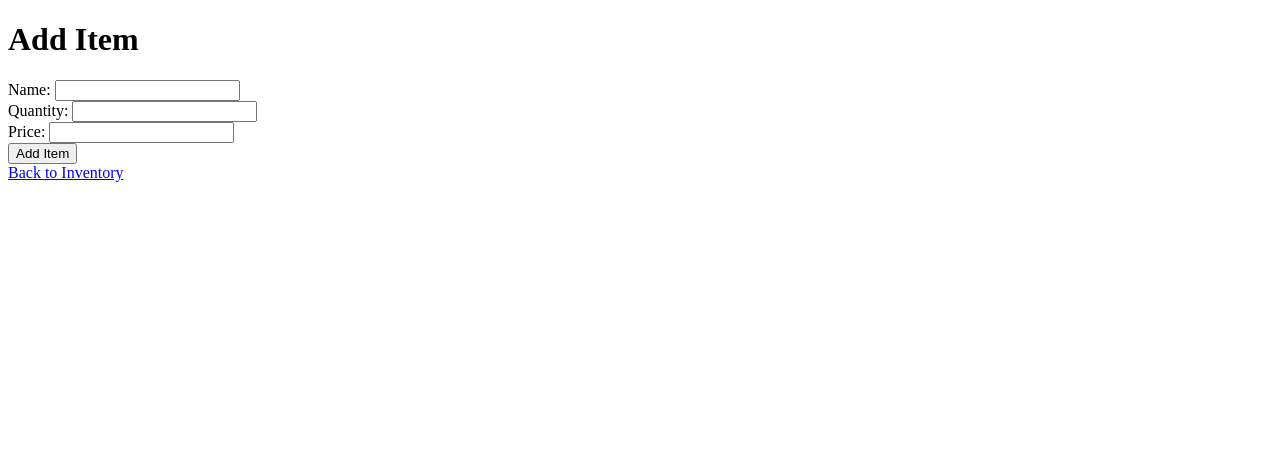
Repository: Stoldark/PLMUN
Page: http://localhost/add
The author's editor kept a copy of each file at every save. The page is drawn from the files as they stood at one save, then again after the next save.
The browser window is 1280 px wide. The pictures show the whole page.
The page is served by the project's application, run on Flask 3 (tempCodeRunnerFile.py). The user the application loads for id 1 is signed in. The page reads the database file committed with the project.

Above is the page before, as saved 2024-09-22 17:11:44.

### templates/add.html
<!DOCTYPE html>
<html lang="en">
<head>
    <meta charset="UTF-8">
    <meta name="viewport" content="width=device-width, initial-scale=1.0">
    <title>Add Item</title>
</head>
<body>
    <h1>Add Item</h1>
    <form method="post">
        <label for="name">Name:</label>
        <input type="text" name="name" required><br>

        <label for="quantity">Quantity:</label>
        <input type="number" name="quantity" required><br>

        <label for="price">Price:</label>
        <input type="number" step="0.01" name="price" required><br>

        <button type="submit">Add Item</button>
    </form>
    <a href="{{ url_for('index') }}">Back to Inventory</a>
</body>
</html>

### tempCodeRunnerFile.py
from flask import Flask, render_template, request, redirect, session, url_for, flash, jsonify
from flask_wtf import FlaskForm
from wtforms import StringField, PasswordField, SubmitField
from wtforms.validators import DataRequired, Length
from flask_bcrypt import Bcrypt
from flask_login import LoginManager, UserMixin, login_user, logout_user, login_required, current_user
import sqlite3
import os

# Initialize Flask app
app = Flask(__name__)

# Set the secret key for session management
app.config['SECRET_KEY'] = 'your_secret_key'  # Change this to a secure key

# Initialize extensions
bcrypt = Bcrypt(app)
login_manager = LoginManager(app)
login_manager.login_view = 'login'

# Database connection function
def get_db_connection():
    conn = sqlite3.connect('inventory.db')
    conn.row_factory = sqlite3.Row
    return conn

# User model for Flask-Login
class User(UserMixin):
    def __init__(self, id, username, role):
        self.id = id
        self.username = username
        self.role = role

# User loader for Flask-Login
@login_manager.user_loader
def load_user(user_id):
    conn = get_db_connection()
    user = conn.execute('SELECT * FROM users WHERE id = ?', (user_id,)).fetchone()
    conn.close()
    if user:
        return User(user['id'], user['username'], user['role'])
    return None

# Registration form
class RegistrationForm(FlaskForm):
    username = StringField('Username', validators=[DataRequired(), Length(min=4, max=25)])
    password = PasswordField('Password', validators=[DataRequired(), Length(min=6, max=35)])
    role = StringField('Role', validators=[DataRequired()])
    submit = SubmitField('Register')

# Login form
class LoginForm(FlaskForm):
    username = StringField('Username', validators=[DataRequired()])
    password = PasswordField('Password', validators=[DataRequired()])
    submit = SubmitField('Login')

# Route to show inventory items
@app.route('/')
@login_required
def index():
    conn = get_db_connection()
    items = conn.execute('SELECT * FROM items').fetchall()
    conn.close()
    return render_template('index.html', items=items)

# Route to add an item
@app.route('/add', methods=('GET', 'POST'))
@login_required
def add_item():
    if request.method == 'POST':
        name = request.form['name']
        quantity = request.form['quantity']
        price = request.form['price']

        conn = get_db_connection()
        conn.execute('INSERT INTO items (name, quantity, price) VALUES (?, ?, ?)',
                     (name, quantity, price))
        conn.commit()
        conn.close()

        return redirect('/')
    return render_template('add.html')

# Route to edit an item
@app.route('/edit/<int:id>', methods=('GET', 'POST'))
@login_required
def edit_item(id):
    conn = get_db_connection()
    item = conn.execute('SELECT * FROM items WHERE id = ?', (id,)).fetchone()

    if request.method == 'POST':
        name = request.form['name']
        quantity = request.form['quantity']
        price = request.form['price']
        conn.execute('UPDATE items SET name = ?, quantity = ?, price = ? WHERE id = ?',
                     (name, quantity, price, id))
        conn.commit()
        conn.close()
        return redirect('/')

    conn.close()
    return render_template('edit.html', item=item)

# Route to delete an item
@app.route('/delete/<int:id>', methods=['POST'])
@login_required
def delete_item(id):
    conn = get_db_connection()
    conn.execute('DELETE FROM items WHERE id = ?', (id,))
    conn.commit()
    conn.close()
    return redirect('/')

# Registration route
@app.route('/register', methods=['GET', 'POST'])
def register():
    form = RegistrationForm()
    if form.validate_on_submit():
        username = form.username.data
        password = bcrypt.generate_password_hash(form.password.data).decode('utf-8')
        role = form.role.data

        conn = get_db_connection()
        conn.execute('INSERT INTO users (username, password, role) VALUES (?, ?, ?)',
                     (username, password, role))
        conn.commit()
        conn.close()

        flash('Registration successful! You can now log in.')
        return redirect(url_for('login'))
    return render_template('register.html', form=form)

# Login route
@app.route('/login', methods=['GET', 'POST'])
def login():
    form = LoginForm()
    if form.validate_on_submit():
        username = form.username.data
        password = form.password.data

        conn = get_db_connection()
        user = conn.execute('SELECT * FROM users WHERE username = ?', (username,)).fetchone()
        conn.close()

        if user and bcrypt.check_password_hash(user['password'], password):
            login_user(User(user['id'], user['username'], user['role']))
            return redirect('/')
        else:
            flash('Login Unsuccessful. Please check your username and password', 'danger')

    return render_template('login.html', form=form)

# Logout route
@app.route('/logout')
@login_required
def logout():
    logout_user()
    return redirect(url_for('index'))

# API Endpoint to get inventory items
@app.route('/api/items', methods=['GET'])
@login_required
def api_get_items():
    conn = get_db_connection()
    items = conn.execute('SELECT * FROM items').fetchall()
    conn.close()
    return jsonify([dict(item) for item in items])

# API Endpoint to add an item
@app.route('/api/items', methods=['POST'])
@login_required
def api_add_item():
    data = request.get_json()
    name = data.get('name')
    quantity = data.get('quantity')
    price = data.get('price')

    conn = get_db_connection()
    conn.execute('INSERT INTO items (name, quantity, price) VALUES (?, ?, ?)',
                 (name, quantity, price))
    conn.commit()
    conn.close()

    return jsonify({'message': 'Item added successfully'}), 201

# API Endpoint to update an item
@app.route('/api/items/<int:id>', methods=['PUT'])
@login_required
def api_update_item(id):
    data = request.get_json()
    name = data.get('name')
    quantity = data.get('quantity')
    price = data.get('price')

    conn = get_db_connection()
    conn.execute('UPDATE items SET name = ?, quantity = ?, price = ? WHERE id = ?',
                 (name, quantity, price, id))
    conn.commit()
    conn.close()

    return jsonify({'message': 'Item updated successfully'})

# API Endpoint to delete an item
@app.route('/api/items/<int:id>', methods=['DELETE'])
@login_required
def api_delete_item(id):
    conn = get_db_connection()
    conn.execute('DELETE FROM items WHERE id = ?', (id,))
    conn.commit()
    conn.close()

    return jsonify({'message': 'Item deleted successfully'})

# Run the app
if __name__ == "__main__":
    port = int(os.environ.get("PORT", 10000))  # Use PORT environment variable or default to 10000
    app.run(host="0.0.0.0", port=port, debug=True)

### inventory.db (the tables this page reads, as SQL)
CREATE TABLE users (
        id INTEGER PRIMARY KEY AUTOINCREMENT,
        username TEXT NOT NULL UNIQUE,
        password TEXT NOT NULL,
        role TEXT NOT NULL
    );
INSERT INTO "users" VALUES
(1, 'Stoldark', '$2b$12$i0Mqa5cea8pBbFSinmIz..4VJgBXWnnDkYt3rAqvmVrgWCwBsXl4O', 'Admin'),
(2, 'Eric', '$2b$12$5BeYiRheo2DNLGpAIdDfIu/9jeemr9oTFF9FkywKS857V6zqEPPLe', 'Admin'),
(3, 'Kalbo', '$2b$12$T4oBcnexPmFyclvAoOqXEOpTToENOdoxSlpFfb4sIZypqMPj9xq5a', 'Tester'),
(4, 'Panot', '$2b$12$c2CZ9X/TyyBEVZsK3EdareqkeAU/5fhJbGQMReyKLPc/TcnwLLZCS', 'Tester');

### templates/base.html
<!DOCTYPE html>
<html lang="en">
<head>
    <meta charset="UTF-8">
    <meta name="viewport" content="width=device-width, initial-scale=1.0">
    <title>{% block title %}My Inventory System{% endblock %}</title>
    <link rel="stylesheet" href="https://maxcdn.bootstrapcdn.com/bootstrap/4.5.2/css/bootstrap.min.css">
    <style>
        body {
            padding-top: 56px;
        }
        .container {
            margin-top: 20px;
        }
    </style>
</head>
<body>
    <nav class="navbar navbar-expand-lg navbar-light bg-light fixed-top">
        <a class="navbar-brand" href="{{ url_for('index') }}">Inventory System</a>
        <div class="collapse navbar-collapse">
            <ul class="navbar-nav mr-auto">
                {% if current_user.is_authenticated %}
                    <li class="nav-item">
                        <a class="nav-link" href="{{ url_for('add_item') }}">Add Item</a>
                    </li>
                    <li class="nav-item">
                        <a class="nav-link" href="{{ url_for('logout') }}">Logout</a>
                    </li>
                {% else %}
                    <li class="nav-item">
                        <a class="nav-link" href="{{ url_for('login') }}">Login</a>
                    </li>
                    <li class="nav-item">
                        <a class="nav-link" href="{{ url_for('register') }}">Register</a>
                    </li>
                {% endif %}
            </ul>
        </div>
    </nav>

    <div class="container">
        {% with messages = get_flashed_messages(with_categories=true) %}
            {% if messages %}
                {% for category, message in messages %}
                    <div class="alert alert-{{ category }}">{{ message }}</div>
                {% endfor %}
            {% endif %}
        {% endwith %}

        {% block content %}{% endblock %}
    </div>

    <script src="https://code.jquery.com/jquery-3.5.1.slim.min.js"></script>
    <script src="https://cdn.jsdelivr.net/npm/@popperjs/core@2.11.6/dist/umd/popper.min.js"></script>
    <script src="https://maxcdn.bootstrapcdn.com/bootstrap/4.5.2/js/bootstrap.min.js"></script>
</body>
</html>

After the next save:
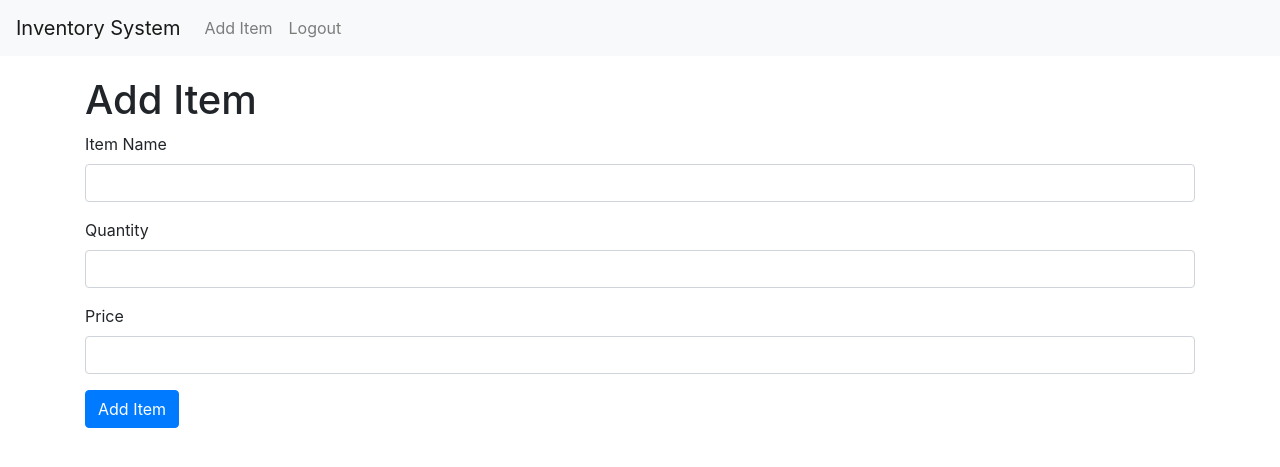
Saved 2 s later.
--- a/templates/add.html
+++ b/templates/add.html
@@ -1,24 +1,22 @@
-<!DOCTYPE html>
-<html lang="en">
-<head>
-    <meta charset="UTF-8">
-    <meta name="viewport" content="width=device-width, initial-scale=1.0">
-    <title>Add Item</title>
-</head>
-<body>
+{% extends "base.html" %}
+
+{% block title %}Add Item{% endblock %}
+
+{% block content %}
     <h1>Add Item</h1>
-    <form method="post">
-        <label for="name">Name:</label>
-        <input type="text" name="name" required><br>
-
-        <label for="quantity">Quantity:</label>
-        <input type="number" name="quantity" required><br>
-
-        <label for="price">Price:</label>
-        <input type="number" step="0.01" name="price" required><br>
-
-        <button type="submit">Add Item</button>
+    <form method="POST">
+        <div class="form-group">
+            <label for="name">Item Name</label>
+            <input type="text" class="form-control" name="name" required>
+        </div>
+        <div class="form-group">
+            <label for="quantity">Quantity</label>
+            <input type="number" class="form-control" name="quantity" required>
+        </div>
+        <div class="form-group">
+            <label for="price">Price</label>
+            <input type="number" step="0.01" class="form-control" name="price" required>
+        </div>
+        <button type="submit" class="btn btn-primary">Add Item</button>
     </form>
-    <a href="{{ url_for('index') }}">Back to Inventory</a>
-</body>
-</html>
+{% endblock %}
